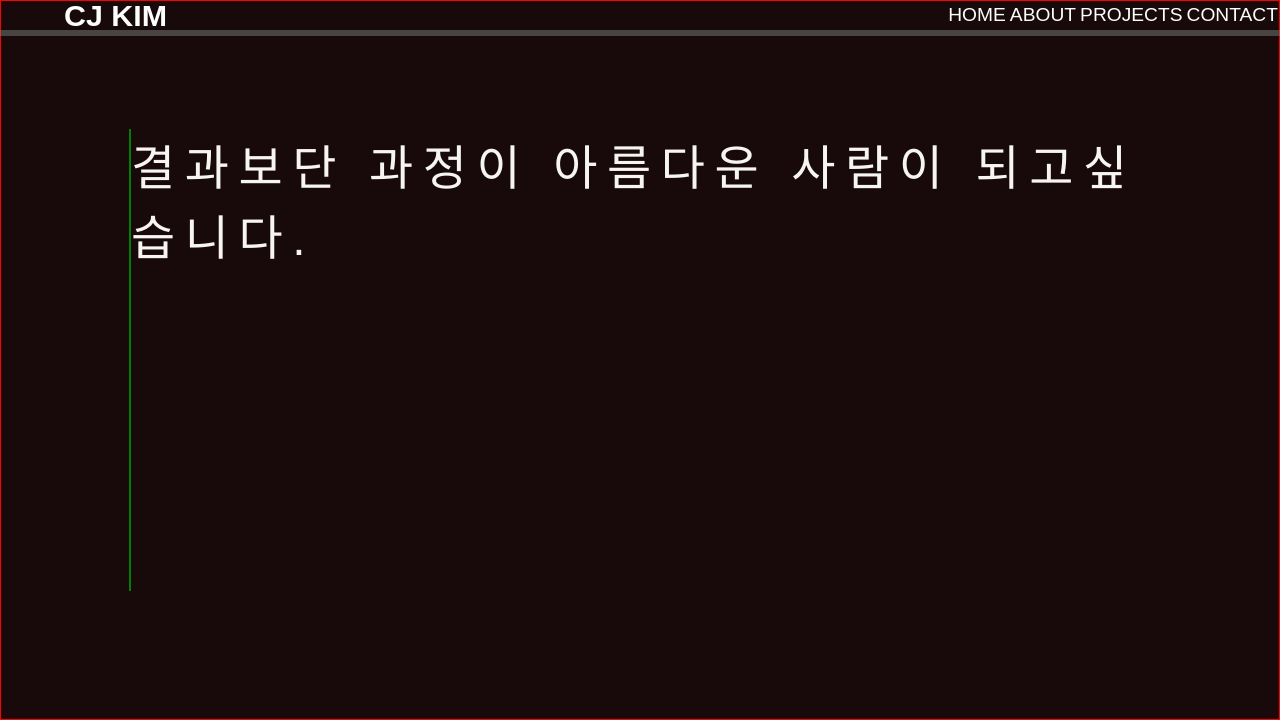
Repository: rlatlswo135/port
Page: /about
The author's editor kept a copy of each file at every save. The page is drawn from the files as they stood at one save, then again after the next save.
The browser window is 1280 px wide. The pictures show the whole page.
The project was rebuilt for these pictures with package versions that can differ from the ones it lists, and the page was loaded fresh each time. Also part of the build but not shown: src/App.css, src/Pages/Start.jsx, src/Pages/Home.jsx, src/Pages/Contact.jsx, src/Components/Project.jsx, src/Pages/Port.jsx, src/Components/ProjectDetail.jsx.

Above is the page before, as saved 2022-04-07 03:21:48.

After the next save:
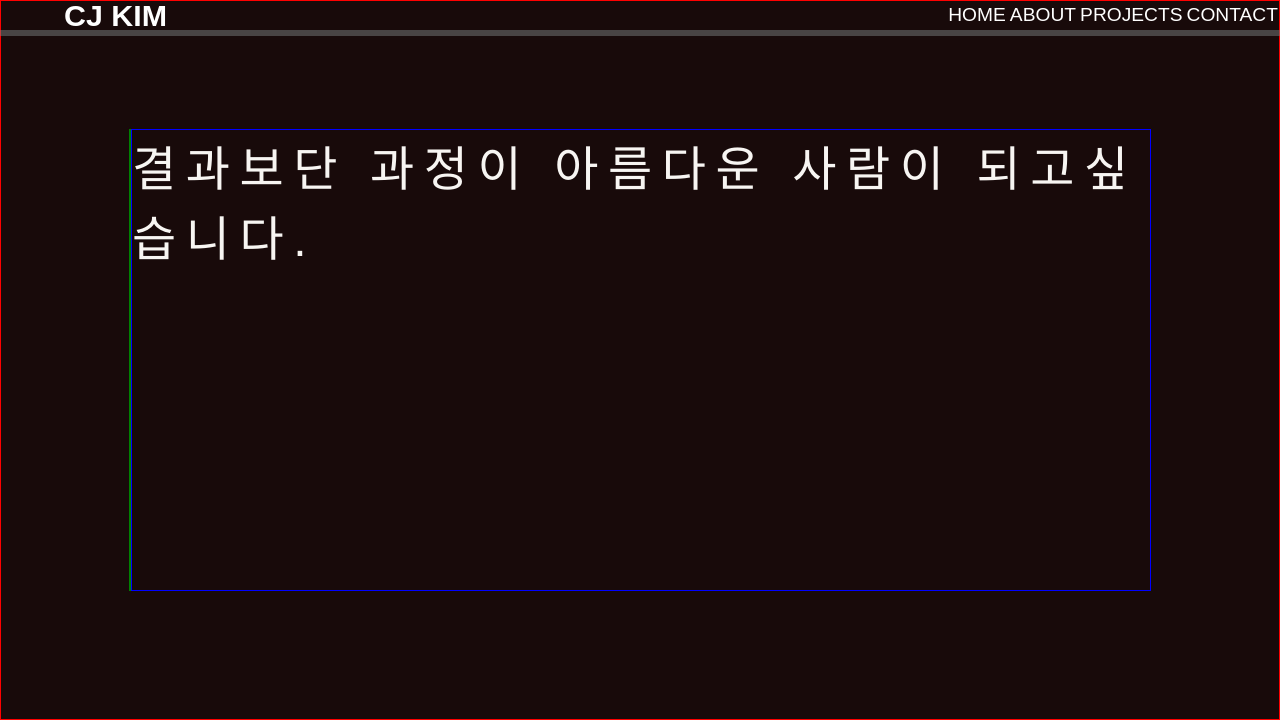
Saved 23 s later.
--- a/src/Pages/About.jsx
+++ b/src/Pages/About.jsx
@@ -24,6 +24,7 @@ const Img = styled.div`
 const Text = styled.div`
     width:100%;
     height:100%;
+    border:1px solid blue;
 `
 const TextContent = styled.div`
     font-size:3em;
